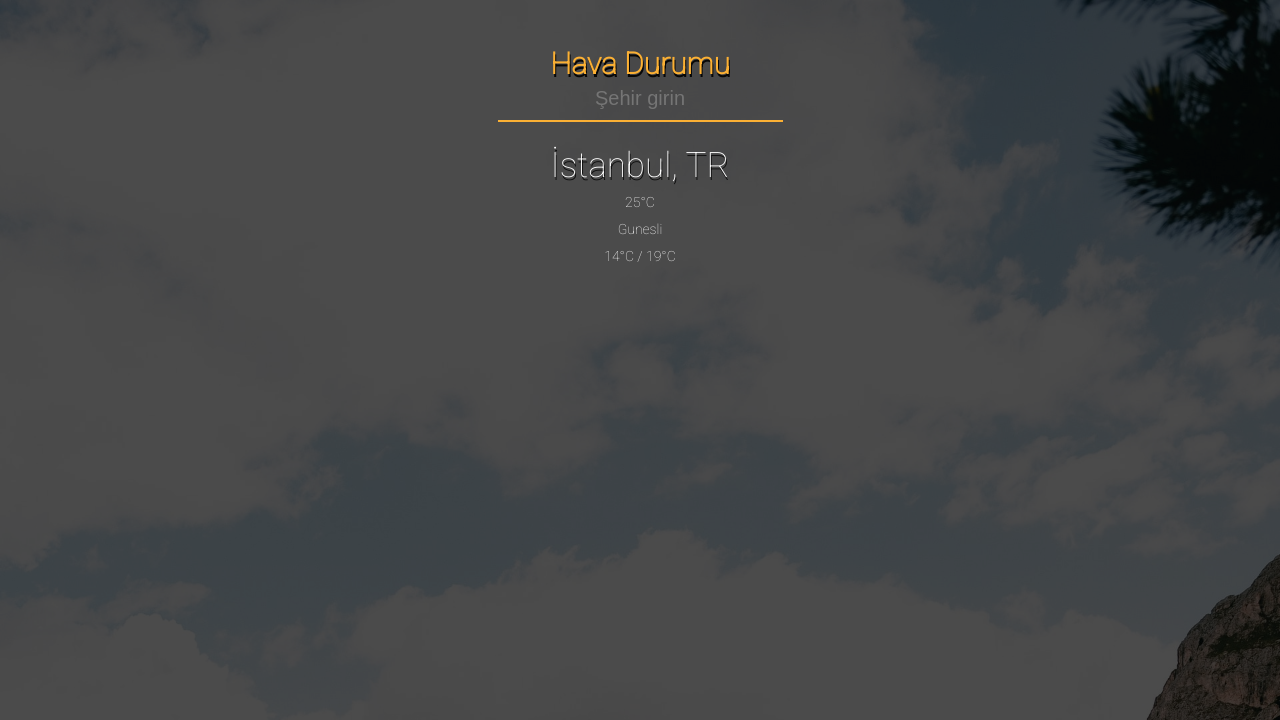
Repository: DogukanSAVA/havadurumu
Page: index.html
These files come from the project's save history. The page is drawn as it stood at one moment and after a run of saves; the edit follows.
The browser window is 1280 px wide. The pictures show the whole page.

Above is the page before, as saved 2021-09-16 12:08:56.

### index.html
<!DOCTYPE html>
<html lang="en">

<head>
          <meta charset="UTF-8">
          <meta http-equiv="X-UA-Compatible" content="IE=edge">
          <meta name="viewport" content="width=device-width, initial-scale=1.0">
          <title>Document</title>
          <link rel="preconnect" href="https://fonts.googleapis.com">
          <link rel="preconnect" href="https://fonts.gstatic.com" crossorigin>
          <link href="https://fonts.googleapis.com/css2?family=Roboto:wght@100&display=swap" rel="stylesheet">
          <link rel="stylesheet" href="style.css">

</head>

<body>
          <div class="app">
                    <div class="header">
                              <h1>Hava Durumu</h1>
                              <div>
                                        <input type="text" id="searchBar" placeholder="Şehir girin">
                              </div>

                    </div>

                    <div class="content">
                              <div class="city">İstanbul, TR</div>
                              <div class="temp">25°C</div>
                              <div class="desc">Gunesli</div>
                              <div class="minmax">14°C / 19°C</div>
                    </div>
          </div>

          <script src="script.js"></script>
</body>

</html>

### style.css
* {
  margin: 0;
  padding: 0;
  border: 0;
  box-sizing: border-box;
}

html,
body {
  font-family: "Roboto", sans-serif;
  font-size: 14px;
  font-weight: 400;
  line-height: 27px;
  color: #fff;
  background-image: url(kristaps-ungurs-IsoWEQtvlBU-unsplash.jpg);
  background-repeat: no-repeat;
  background-size: cover;
  height: 100vh;
}

.app {
  display: flex;
  flex-direction: column;
  align-items: center;
  text-align: center;
  background: rgba(0, 0, 0, 0.7);
  height: 100vh;
}

.header {
  padding: 50px 20px 30px 20px;
}
.header h1 {
  font-size: 30px;
  color: #fbb034;
  text-shadow: 1px 3px rgba(0, 0, 0, 0.9);
}

.header input {
  width: 100%;
  padding: 10px;
  background: transparent;
  border: 0;
  outline: 0;
  border-bottom: 2px solid #fbb034;
  text-align: center;
  font-size: 20px;
  color: #f2f2f2;
}

.city {
  font-size: 35px;
  font-weight: 500;
  margin-bottom: 10px;
  text-shadow: 1px 3px rgba(0, 0, 0, 0.8);
}

.temp{
          font-size: ;
}

Loaded but not shown: script.js (no stored copy; drawn as an empty file)

After the next 6 saves:
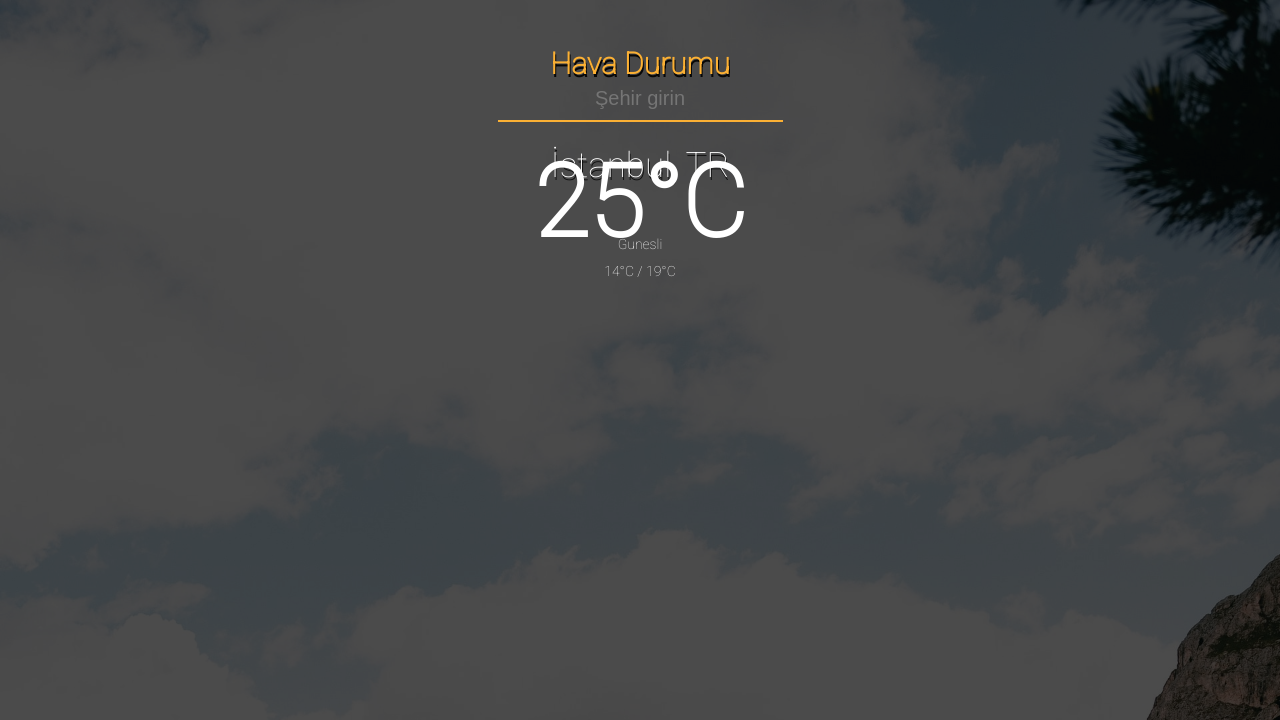
The 6 saves are shown as one change because they came seconds apart.
The last was saved 13 s later.
--- a/style.css
+++ b/style.css
@@ -56,5 +56,7 @@ body {
 }
 
 .temp{
-          font-size: ;
+          font-size: 100px;
+          font-weight: 700;
+          margin-bottom: 15px;
 }
